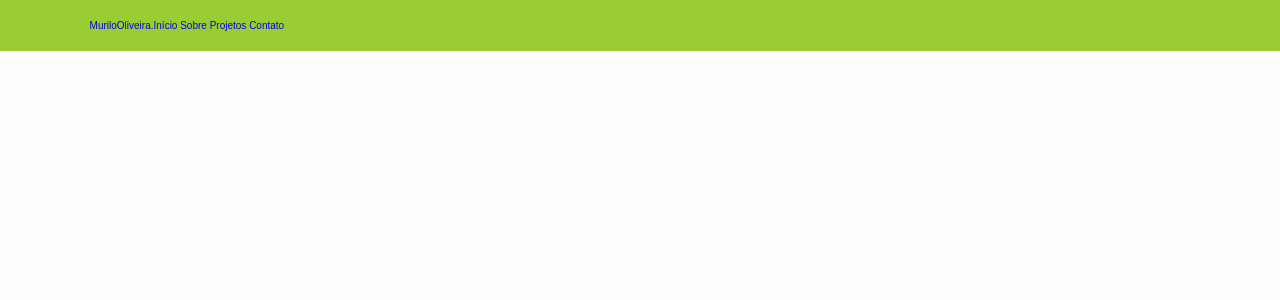
Repository: devMuriloOliveira/Portfolio-
Page: index.html
The author's editor kept a copy of each file at every save. The page is drawn from the files as they stood at one save, then again after the next save.
The browser window is 1280 px wide. The pictures show the whole page.

Above is the page before, as saved 2023-03-10 15:17:33.

### index.html
<!DOCTYPE html>
<html lang="en">
  <head>
    <meta charset="UTF-8" />
    <meta http-equiv="X-UA-Compatible" content="IE=edge" />
    <meta name="viewport" content="width=device-width, initial-scale=1.0" />
    <title>Murilo Oliveira</title>

    <link
      rel="stylesheet"
      href="https://fonts.googleapis.com/css2?family=Material+Symbols+Outlined:opsz,wght,FILL,GRAD@20..48,100..700,0..1,-50..200"
    />

    <link rel="stylesheet" href="style.css" />
  </head>
  <body>
    <header class="header">
      <a class="logo" href="#">Murilo<span>Oliveira</span>.</a>

      <nav class="navbar">
        <a href="#home">Início</a>
        <a href="#Sobre">Sobre</a>
        <a href="#Projetos">Projetos</a>
        <a href="#Contato">Contato</a>
      </nav>
    </header>
    <script src="js/script.js"></script>
  </body>
</html>

### style.css
*{
  margin: 0;
  padding: 0;
  box-sizing: border-box;
  text-decoration: none;
  border: none;
  outline: none;
  scroll-behavior: smooth;
  font-family: 'Poppins', sans-serif;
}

:root{
  --bg-color: #fdfdfd;
  --text-color: #333;
  --main-color: #754ef9;
  --white-color: #fdfdfd;
  --shadow-color: rgba(0, 0, 0, .2);
}

html{
  font-size: 62.5%;
  overflow-x: hidden;
}

body{
  background: var(--bg-color);
  color: var(--text-color);
}

.header{
  position: fixed;
  top: 0;
  left: 0;
  width: 100%;
  padding: 2rem 7%;
  background: yellowgreen;
  display: flex;
  align-items: center;
  z-index: 100;
}

Loaded but not shown: js/script.js (no stored copy; drawn as an empty file)

After the next save:
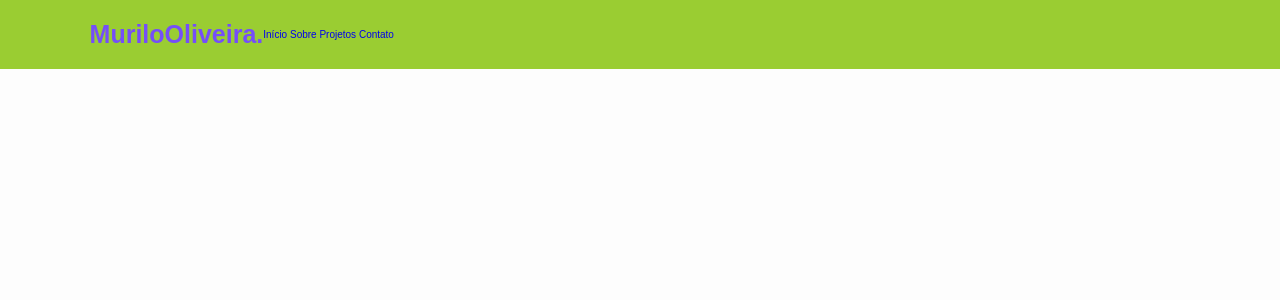
Saved 105 s later.
--- a/style.css
+++ b/style.css
@@ -38,3 +38,9 @@ body{
   align-items: center;
   z-index: 100;
 }
+
+.logo{
+  font-size: 2.5rem;
+  color: var(--main-color);
+  font-weight: 600;
+}
